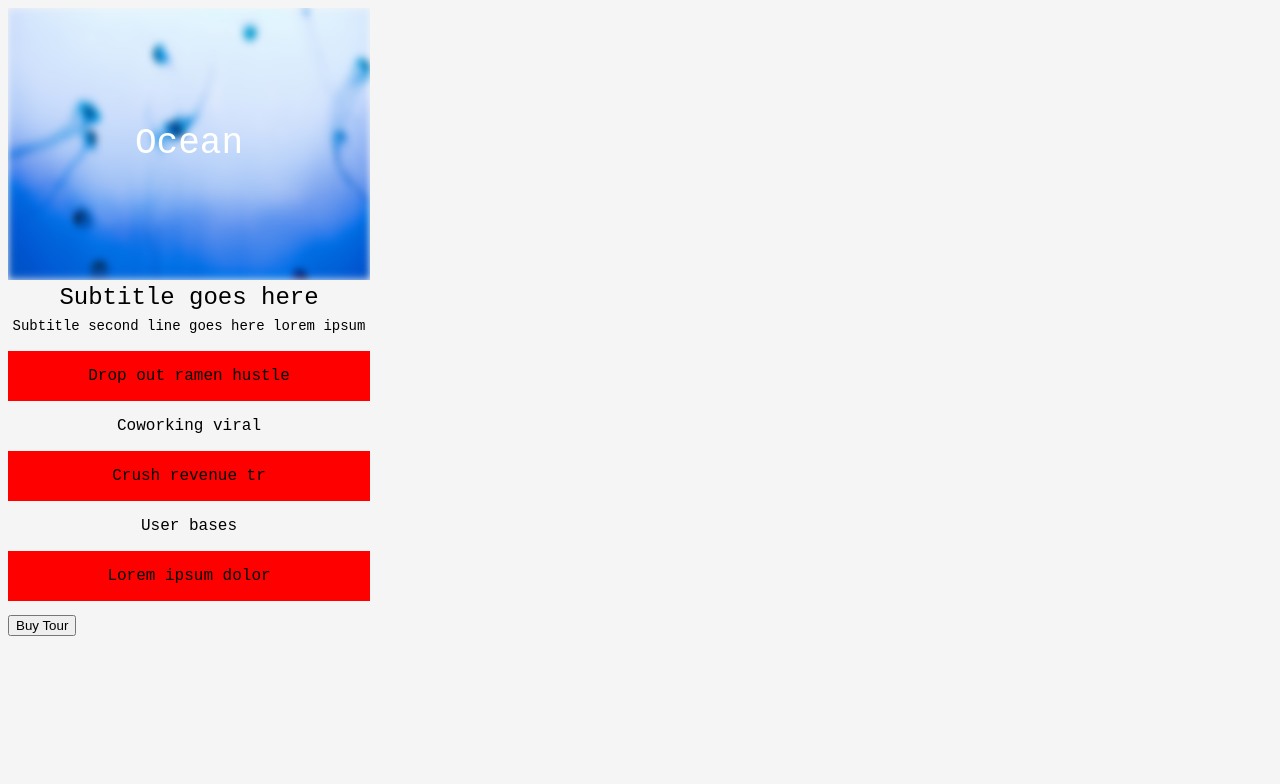
Repository: HoanTiny/pricetable
Page: index.html
An editor plug-in stored every save of this project. The page is shown before and after the next save, followed by the edit.
The browser window is 1280 px wide. The pictures show the whole page.

Above is the page before, as saved 2022-07-04 10:16:56.

After the next save:
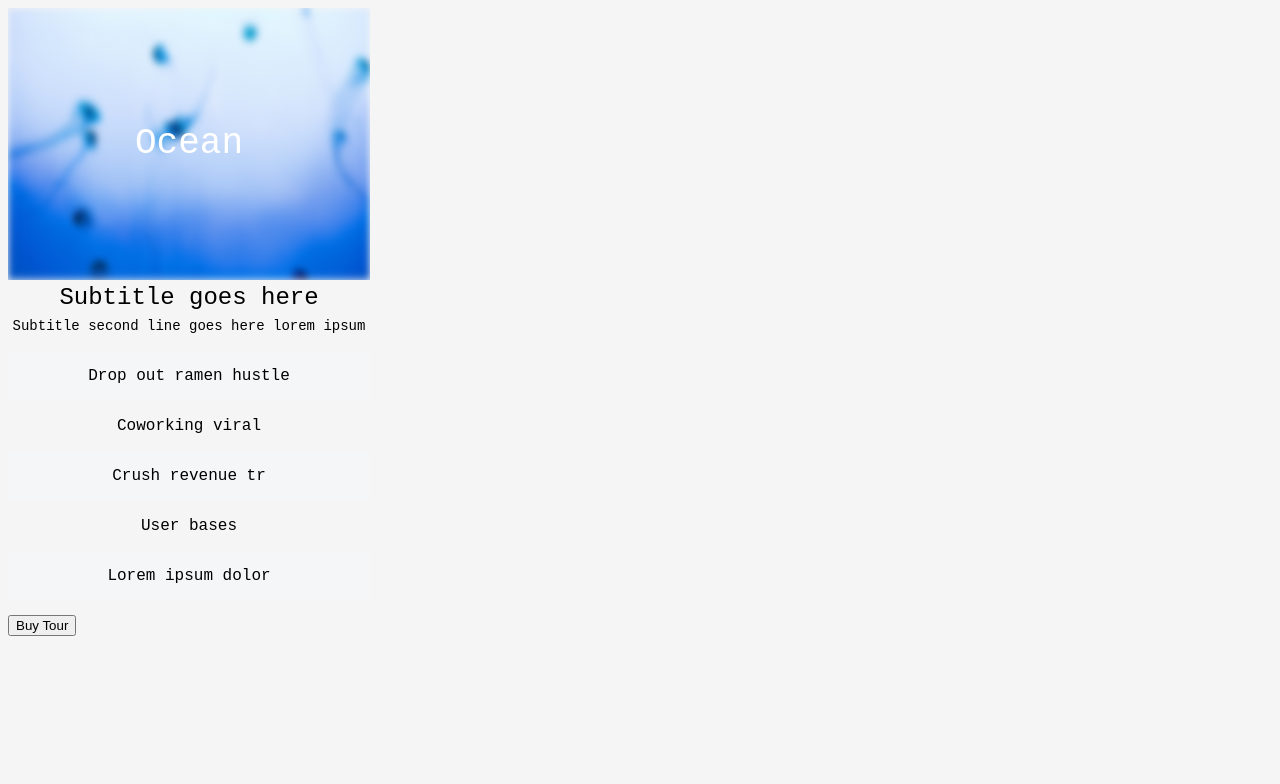
Saved 21 s later.
--- a/assests/css/style.css
+++ b/assests/css/style.css
@@ -64,5 +64,5 @@ img {
 }
 
 .title_list ul li:nth-child(odd) {
-    background-color: red;
+    background-color: #f4f6f7;
 }
